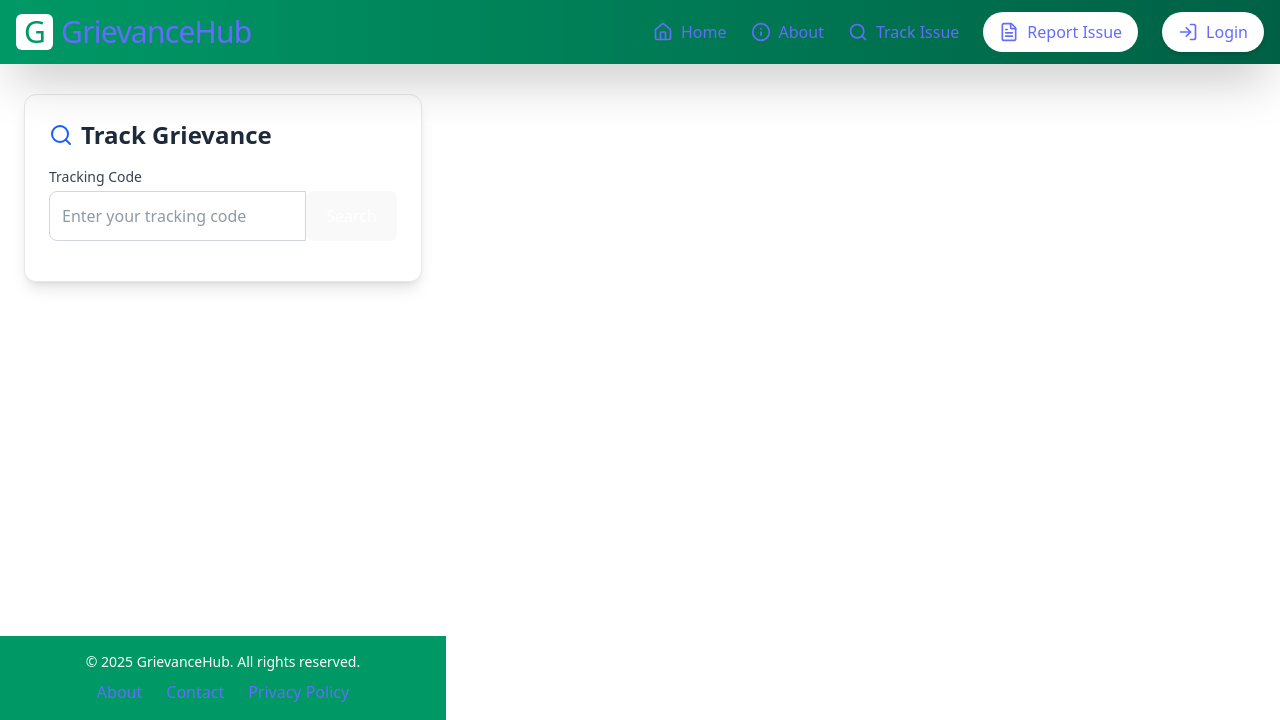
Repository: Aishi4/Grievance-Hub
Page: /track (app in my-vite-Griv/)
The author's editor kept a copy of each file at every save. The page is drawn from the files as they stood at one save, then again after a run of saves.
The browser window is 1280 px wide. The pictures show the whole page.
The project was rebuilt for these pictures with package versions that can differ from the ones it lists, and the page was loaded fresh each time. Also part of the build but not shown: my-vite-Griv/vite.config.js, my-vite-Griv/src/Home.jsx, my-vite-Griv/src/ReportSubmit.jsx, my-vite-Griv/src/Report.jsx, my-vite-Griv/src/App.jsx, my-vite-Griv/src/About.jsx, my-vite-Griv/src/TrackIssue.jsx, my-vite-Griv/src/UploadPhoto.jsx.

Above is the page before, as saved 2025-03-29 16:52:54.

### my-vite-Griv/src/main.jsx
import { StrictMode } from 'react'
import { createRoot } from 'react-dom/client'
import './index.css'
import App from './App.jsx'
import { Route,createBrowserRouter, createRoutesFromElements, RouterProvider } from 'react-router'
import Layout from './Layout.jsx'
import Home from './Home.jsx'
import Report from './Report.jsx'
import About from './About.jsx'
import TrackIssue from './TrackIssue.jsx'
import ReportSubmit from './ReportSubmit.jsx'
import UploadPhoto from './UploadPhoto.jsx'
import ViewPhoto from './ViewPhoto.jsx'

const router = createBrowserRouter(
  createRoutesFromElements(
    <Route path='/' element={<Layout />}>
      <Route path="" element={<Home />} />
      <Route path="report" element={<UploadPhoto />} />
      <Route path="about" element={<About />} />
      <Route path="track" element={<ViewPhoto />} />

    </Route>
  )
)

createRoot(document.getElementById('root')).render(
  <StrictMode>




    <RouterProvider router={router} />

  </StrictMode>,
)

### my-vite-Griv/src/Layout.jsx
import { Outlet } from "react-router-dom";
import Navbar from "./Navbar";
import React from "react";
import Footer from "./Footer";

function Layout() {
  return (
    <div className="min-h-screen flex flex-col">
      <Navbar />
      <div className="flex-grow pt-[70px]"> {/* Adjust this padding based on navbar height */}
        <Outlet />
      </div>
      <Footer />
    </div>
  );
}
export default Layout;

### my-vite-Griv/src/ViewPhoto.jsx
import React, { useState } from 'react';
import { supabase } from './supabase';
import { Search, AlertCircle, Loader2 } from 'lucide-react';
import { motion } from 'framer-motion';

export default function ViewPhoto() {
  const [code, setCode] = useState('');
  const [photo, setPhoto] = useState(null);
  const [error, setError] = useState('');
  const [isLoading, setIsLoading] = useState(false);

  const fetchPhoto = async () => {
    if (!code.trim()) {
      setError('Please enter a tracking code');
      return;
    }
    setIsLoading(true);
    setError('');
    try {
      const { data, error } = await supabase
        .from('photos')
        .select('*')
        .eq('code', code.trim())
        .single();

      if (error || !data) {
        setError('No grievance found with this code.');
        setPhoto(null);
      } else {
        setPhoto(data);
      }
    } catch (err) {
      setError('An error occurred while fetching the data.');
      console.error(err);
    } finally {
      setIsLoading(false);
    }
  };

  const handleKeyPress = (e) => {
    if (e.key === 'Enter') {
      fetchPhoto();
    }
  };

  const statusColors = {
    'Under Review': 'bg-yellow-500',
    'In Progress': 'bg-blue-500',
    'Resolved': 'bg-green-500',
    'Rejected': 'bg-red-500',
  };

    return (

    <div className="max-w-3xl mx-auto p-6 ">
      <motion.div
        initial={{ opacity: 0, y: -20 }}
        animate={{ opacity: 1, y: 0 }}
        className="bg-white p-6 rounded-xl shadow-lg border border-gray-200"
      >
        <h2 className="text-2xl font-semibold text-gray-800 flex items-center mb-4">
          <Search size={24} className="mr-2 text-blue-600" /> Track Grievance
        </h2>
        <div className="mb-4">
          <label className="block text-sm font-medium text-gray-700 mb-1">Tracking Code</label>
          <div className="flex">
            <input
              type="text"
              placeholder="Enter your tracking code"
              value={code}
              onChange={(e) => setCode(e.target.value)}
              onKeyPress={handleKeyPress}
              className="flex-1 p-3 border border-gray-300 rounded-l-lg focus:ring-2 focus:ring-blue-500 focus:outline-none"
            />
            <button
              onClick={fetchPhoto}
              disabled={isLoading}
              className="bg-blue-600 hover:bg-blue-700 text-white px-6 py-3 rounded-r-lg font-medium flex items-center"
            >
              {isLoading ? <Loader2 size={18} className="animate-spin" /> : 'Search'}
            </button>
          </div>
          {error && (
            <motion.div
              initial={{ opacity: 0 }}
              animate={{ opacity: 1 }}
              className="mt-3 text-red-600 flex items-center text-sm"
            >
              <AlertCircle size={16} className="mr-1" /> {error}
            </motion.div>
          )}
        </div>
      </motion.div>

      {photo && (
        <motion.div
          initial={{ opacity: 0, y: 20 }}
          animate={{ opacity: 1, y: 0 }}
          className="mt-6 bg-white p-6 rounded-xl shadow-lg border border-gray-200"
        >
          <div className="flex justify-between items-center mb-4">
            <h3 className="text-xl font-semibold text-gray-800">Grievance Details</h3>
            <span className={`px-4 py-2 text-sm font-medium text-white rounded-full ${statusColors[photo.status] || 'bg-gray-500'}`}>
              {photo.status}
            </span>
          </div>
          <div className="grid grid-cols-1 md:grid-cols-2 gap-6">
            <img src={photo.image_url} alt="Grievance" className="w-full h-64 object-cover rounded-lg border border-gray-300" />
            <div className="space-y-4">
              <div>
                <h4 className="font-medium text-gray-700">Description</h4>
                <p className="bg-gray-100 p-3 rounded-lg text-sm">{photo.description}</p>
              </div>
              <div>
                <h4 className="font-medium text-gray-700">Location</h4>
                <p className="bg-gray-100 p-3 rounded-lg text-sm">{photo.location}</p>
              </div>
              <div>
                <h4 className="font-medium text-gray-700">Tracking Code</h4>
                <p className="bg-gray-100 p-3 rounded-lg text-sm font-mono">{photo.code}</p>
              </div>
            </div>
          </div>
        </motion.div>
      )}
    </div>
  );
}

### my-vite-Griv/src/Navbar.jsx
import React, { useState } from 'react';
import { Link } from "react-router-dom";
import { motion } from "framer-motion";
import { Home, Info, Search, FileText, LogIn } from "lucide-react";

const Navbar = () => {
  const [isHovered, setIsHovered] = useState(null);

  const navItems = [
    {
      to: "/",
      label: "Home",
      icon: Home
    },
    {
      to: "/about",
      label: "About",
      icon: Info
    },
    {
      to: "/track",
      label: "Track Issue",
      icon: Search
    },
    {
      to: "/report",
      label: "Report Issue",
      icon: FileText,
      special: true
    }
  ];

  return (
    <motion.nav
      initial={{ opacity: 0, y: -50 }}
      animate={{ opacity: 1, y: 0 }}
      transition={{ duration: 0.6, type: "spring", stiffness: 50 }}
      className="fixed w-full z-50 bg-gradient-to-r from-emerald-600 to-emerald-800 text-white shadow-2xl"
    >
      <div className="container mx-auto px-4 py-3 flex justify-between items-center">
        {/* Logo with Hover Effect */}
        <motion.div
          whileHover={{ scale: 1.1 }}
          whileTap={{ scale: 0.95 }}
        >
          <Link
            to="/"
            className="text-3xl font-extrabold tracking-tight flex items-center space-x-2"
          >
            <span className="bg-white text-emerald-600 px-2 rounded-md">G</span>
            <span>GrievanceHub</span>
          </Link>
        </motion.div>

        {/* Navigation Links and Login */}
        <div className="flex items-center space-x-6">
          {navItems.map((item, index) => (
            <motion.div
              key={item.to}
              onHoverStart={() => setIsHovered(index)}
              onHoverEnd={() => setIsHovered(null)}
              className="relative"
            >
              <Link
                to={item.to}
                className={`
                  flex items-center space-x-2
                  ${item.special
                    ? 'bg-white text-emerald-600 px-4 py-2 rounded-full'
                    : 'text-white hover:text-emerald-200'}
                  transition-all duration-300
                `}
              >
                <item.icon size={20} />
                <span>{item.label}</span>
              </Link>

              {!item.special && isHovered === index && (
                <motion.div
                  layoutId="underline"
                  className="absolute bottom-[-6px] left-0 right-0 h-1 bg-white rounded-full"
                  initial={{ width: 0 }}
                  animate={{ width: '100%' }}
                />
              )}
            </motion.div>
          ))}

          {/* Login Button */}
          <motion.div
            whileHover={{ scale: 1.05 }}
            whileTap={{ scale: 0.95 }}
          >
            <Link
              to="/login"
              className="flex items-center space-x-2 bg-white text-emerald-700 px-4 py-2 rounded-full font-semibold shadow-md hover:bg-emerald-50 transition-all duration-300"
            >
              <LogIn size={20} />
              <span>Login</span>
            </Link>
          </motion.div>
        </div>
      </div>
    </motion.nav>
  );
};

export default Navbar;

### my-vite-Griv/src/Footer.jsx
const Footer = () => {
    return (
      <footer className="w-full bg-emerald-600 text-white py-4 text-center">
        <p className="text-sm">&copy; {new Date().getFullYear()} GrievanceHub. All rights reserved.</p>
        <div className="flex justify-center space-x-6 mt-2">
          <a href="/about" className="hover:underline">About</a>
          <a href="/contact" className="hover:underline">Contact</a>
          <a href="/privacy" className="hover:underline">Privacy Policy</a>
        </div>
      </footer>
    );
};
export default Footer;

### my-vite-Griv/src/supabase.js
import { createClient } from "@supabase/supabase-js";

const SUPABASE_URL = "https://sttpmwjxcnlfphnplylt.supabase.co";
const SUPABASE_ANON_KEY =
  "eyJhbGciOiJIUzI1NiIsInR5cCI6IkpXVCJ9.eyJpc3MiOiJzdXBhYmFzZSIsInJlZiI6InN0dHBtd2p4Y25sZnBobnBseWx0Iiwicm9sZSI6ImFub24iLCJpYXQiOjE3NDMyMjY0NzYsImV4cCI6MjA1ODgwMjQ3Nn0.PveWFl7QQpdJSmyEdTsNMzChrysuaJmnoFUdfG0cV_4";

export const supabase = createClient(SUPABASE_URL, SUPABASE_ANON_KEY);

Loaded but not shown: my-vite-Griv/index.html (common file); my-vite-Griv/src/index.css (common file)

After the next 3 saves:
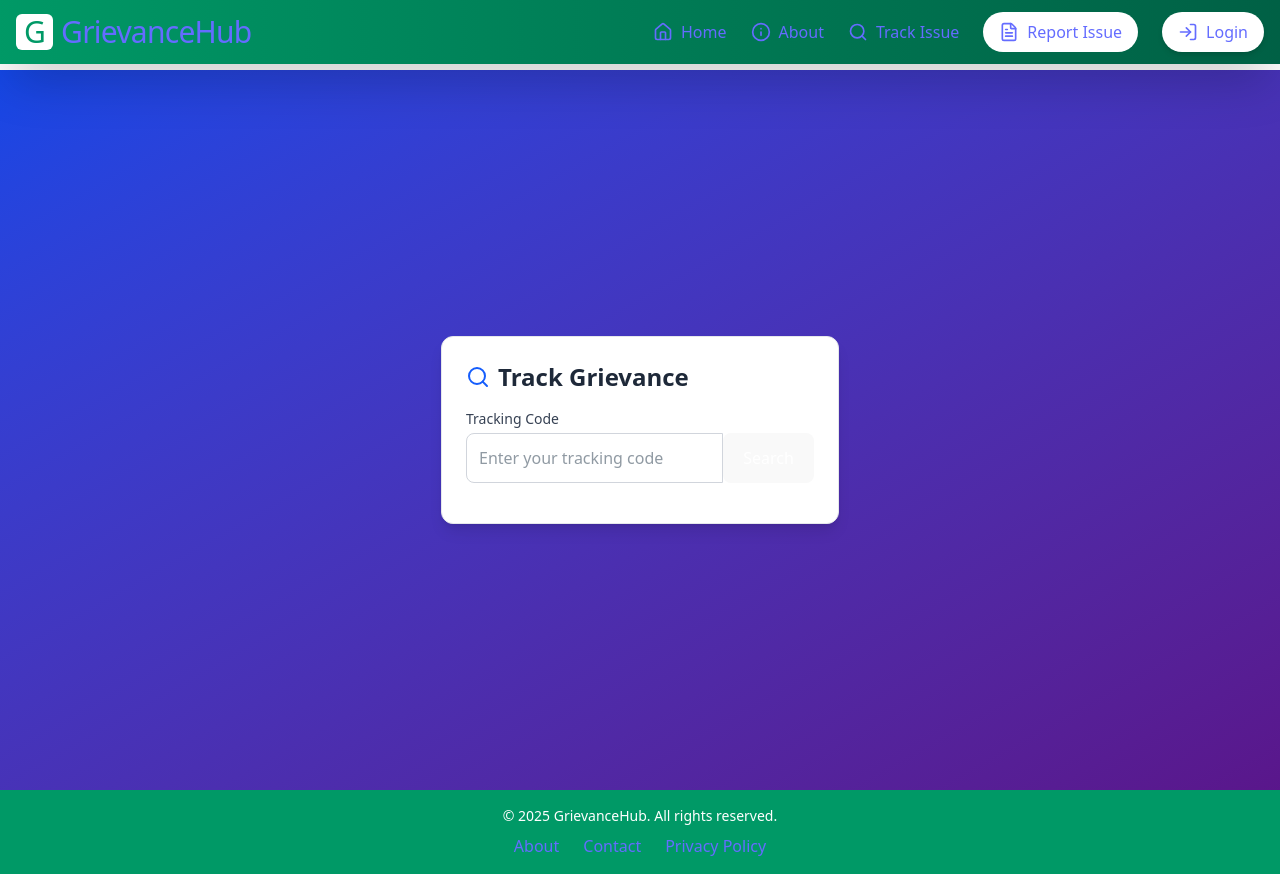
The 3 saves are shown as one change because 1 did not build or start and some came seconds apart.
The last was saved 25 s later.
--- a/my-vite-Griv/src/ViewPhoto.jsx
+++ b/my-vite-Griv/src/ViewPhoto.jsx
@@ -51,7 +51,7 @@ export default function ViewPhoto() {
   };
 
     return (
-
+    <div className="h-screen w-screen bg-gradient-to-br from-blue-700 to-purple-900 flex items-center justify-center p-6">
     <div className="max-w-3xl mx-auto p-6 ">
       <motion.div
         initial={{ opacity: 0, y: -20 }}
@@ -123,6 +123,7 @@ export default function ViewPhoto() {
           </div>
         </motion.div>
       )}
+            </div>
     </div>
   );
 }
